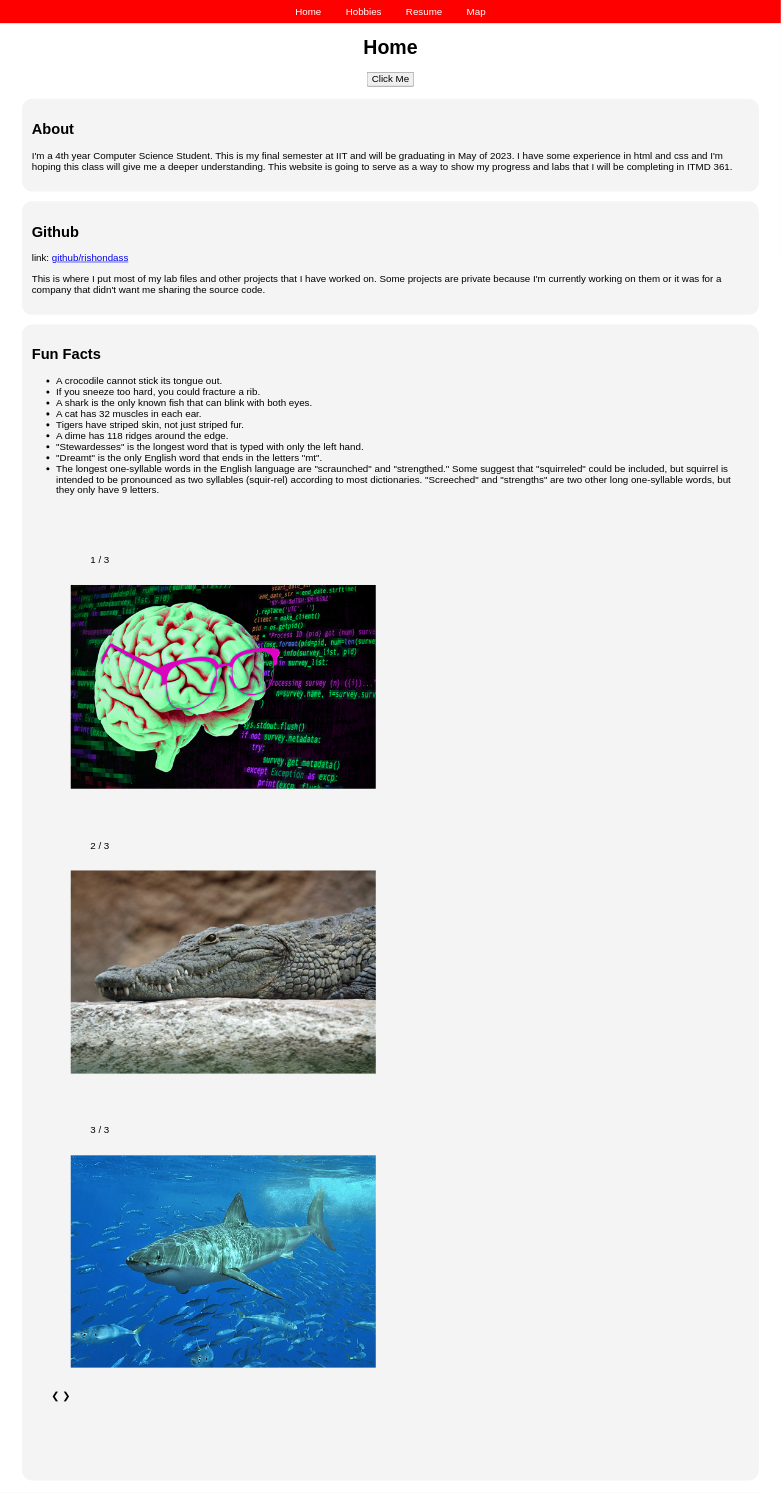
Repository: rishondass/ITMD361-Project3
Page: index.html
An editor plug-in stored every save of this project. The page is shown before and after the next save, followed by the edit.
The browser window is 1280 px wide. The pictures show the whole page, at 61% of full size.

Above is the page before, as saved 2023-04-28 18:21:52.

### index.html
<!DOCTYPE html>
<html lang="en">
<head>
  <meta charset="UTF-8">
  <meta name="viewport" content="width=device-width, initial-scale=1.0">
  <script src="./js/index.js"></script>
  <link rel="stylesheet" href="css/normalize.css">
  <link rel="stylesheet" href="css/style.css">
  <title>Home</title>
</head>
<body>
  <nav id="main-nav">
    <ul>
      <li>
        <a href="index.html">Home</a>
      </li>
      <li>
        <a href="hobbies.html">Hobbies</a>
      </li>
      <li>
        <a href="resume.html">Resume</a>
      </li>
      <li>
        <a href="map.html">Map</a>
      </li>
    </ul>
  </nav>
  <div id="hero-section">
    <h1 id="title">
      Home
    </h1>
    <div id="secretdiv">
      <button id="secretbutton">Click Me</button>
    </div>

  </div>
  <div id="main-container">
    <div id="about-section">
      <h2>
        About
      </h2>
      <p>
        I'm a 4th year Computer Science Student. This is my final semester at IIT and will be graduating in May of 2023. I have some experience in html and css and I'm hoping this class will give me a deeper understanding. This website is going to serve as a way to show my progress and labs that I will be completing in ITMD 361.
      </p>
    </div>
    <div id="github-section">
      <h2>
        Github
      </h2>
      <p>
        link: <a target="_blank" href="https://www.github.com/rishondass">github/rishondass</a>
      </p>
      <p>
        This is where I put most of my lab files and other projects that I have worked on. Some projects are private because I'm currently working on them or it was for a company that didn't want me sharing the source code.
      </p>
    </div>
    <div id="funfactions-section">
      <h2>
        Fun Facts
      </h2>
      <ul>
        <li>
          A crocodile cannot stick its tongue out.
        </li>
        <li>
          If you sneeze too hard, you could fracture a rib.
        </li>
        <li>
          A shark is the only known fish that can blink with both eyes.
        </li>
        <li>
          A cat has 32 muscles in each ear.
        </li>
        <li>
          Tigers have striped skin, not just striped fur.
        </li>
        <li>
          A dime has 118 ridges around the edge.
        </li>
        <li>
          "Stewardesses" is the longest word that is typed with only the left hand.
        </li>
        <li>
          "Dreamt" is the only English word that ends in the letters "mt".
        </li>
        <li>
          The longest one-syllable words in the English language are "scraunched" and "strengthed." Some suggest that "squirreled" could be included, but squirrel is intended to be pronounced as two syllables (squir-rel) according to most dictionaries. "Screeched" and "strengths" are two other long one-syllable words, but they only have 9 letters.
        </li>
      </ul>
      <div class="slideshow-container">
        <div class="mySlides fade">
          <div class="numbertext">1 / 3</div>
          <img src="images/code.jpg" alt="image_of_code">
        </div>

        <div class="slideshow-container">
          <div class="numbertext">2 / 3</div>
          <img src="images/nile_crocodile_head.jpg" alt="image_of_crocodile">
        </div>

        <div class="slideshow-container">
          <div class="numbertext">3 / 3</div>
          <img src="images/white_shark.jpg" alt="image_of_shark">
        </div>
        <a class="prev" onclick="plusSlides(-1)">&#10094;</a>
        <a class="next" onclick="plusSlides(1)">&#10095;</a>
      </div>
      <br>
      <div style="text-align:center">
        <span class="dot" onclick="currentSlide(1)"></span>
        <span class="dot" onclick="currentSlide(2)"></span>
        <span class="dot" onclick="currentSlide(3)"></span>
      </div>



    </div>
  </div>
</body>
</html>

### js/index.js
window.onload = function(){
    let secretButton = document.getElementById("secretbutton");

    secretButton.addEventListener("click",()=>{
        window.open("https://www.youtube.com/watch?v=BBJa32lCaaY");
    });
}

### css/style.css
#main-nav{
    background-color: red;
    overflow: hidden;
}

#main-nav ul{
    list-style-type: none;
    padding: 0;
    margin: 0;
    display: flex;
    justify-content: center;
}

#main-nav a{
   display: block;
   padding: 10px 20px;
   text-decoration: none;
   color: white;
}


#main-nav a:hover{
    background-color: rgb(255, 255, 255);
    color:black;
}

#main-container{
    margin: 20px;
}

/*
To be added
#hero-section{
    width: 100%;
    height: 100vh;
    background-color:rgb(15, 92, 207);
} */

#title{
    text-align: center;
}

#about-section{

}

#main-container div{
    margin: 1rem;
    border-radius: 1rem;
    padding: 1rem;
    background-color:rgb(245, 244, 244);
}

.container-objects{
    margin: 1rem;
    border-radius: 1rem;
    padding: 1rem;
    background-color:rgb(245, 244, 244);
}

.hobbies-images{
    width: 300px;
}

.hobbies-videos{
    width: 500px;
}



.hobby-container-item{
    float: left;
    background-color:rgb(245, 244, 244);
}


#map {
  display: flex;
  justify-items: center;
  height: 800px;
  width: 80%;
  margin: 10px auto;
}

@media screen and (max-width:390px) {
  .container-objects{
    background-color: red;
    color: white;
    text-align: center;
    padding: 12px;
    height: 500px;
  }
}

@media screen and (max-width:820px) and (min-width:390px) {
  .container-objects{
    background-color: rgb(212, 0, 255);
    color: white;
    text-align: right;
    height: 300px;
    padding: 10px;
  }
}

#secretdiv{
    display: flex;
    justify-content: center;
}

.slideshow-container{
    max-width: 500px;
    position: relative;
    margin: auto;
}

.my

Loaded but not shown: css/normalize.css (library)

After the next save:
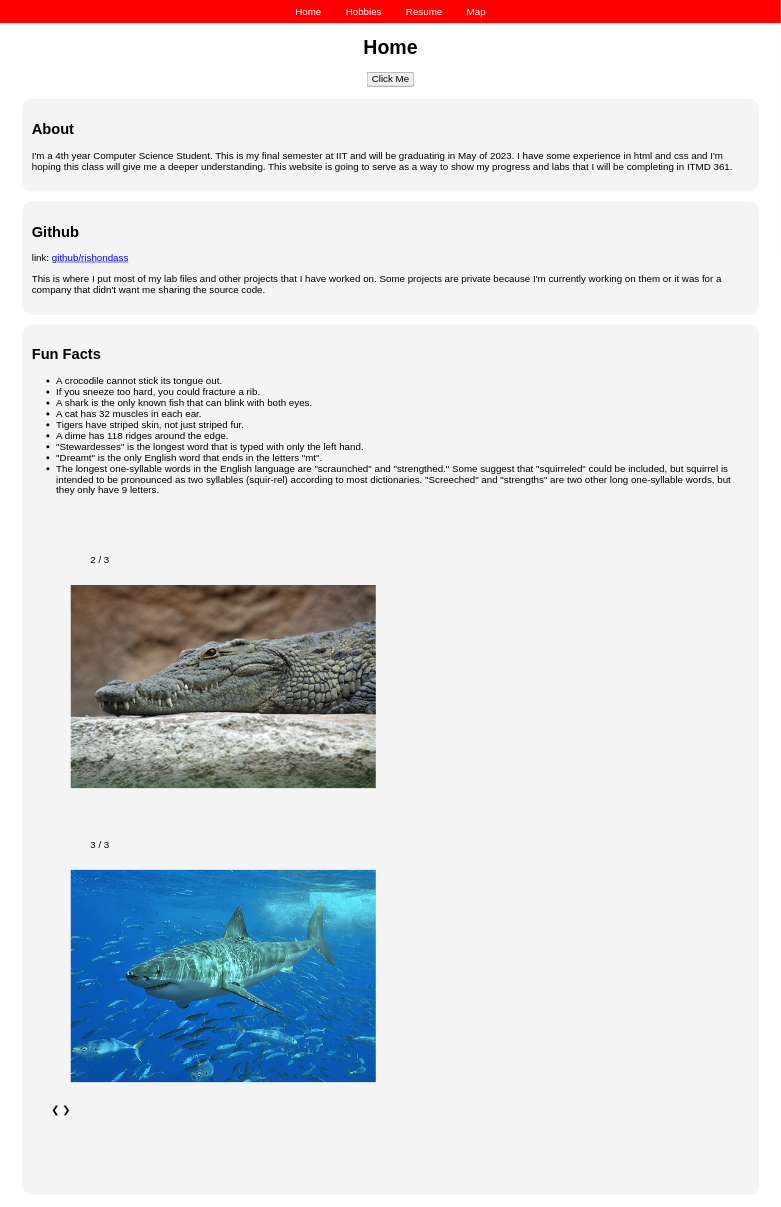
Saved 5 s later.
--- a/css/style.css
+++ b/css/style.css
@@ -113,4 +113,6 @@ To be added
     margin: auto;
 }
 
-.my
+.mySlides{
+    display: none;
+}
